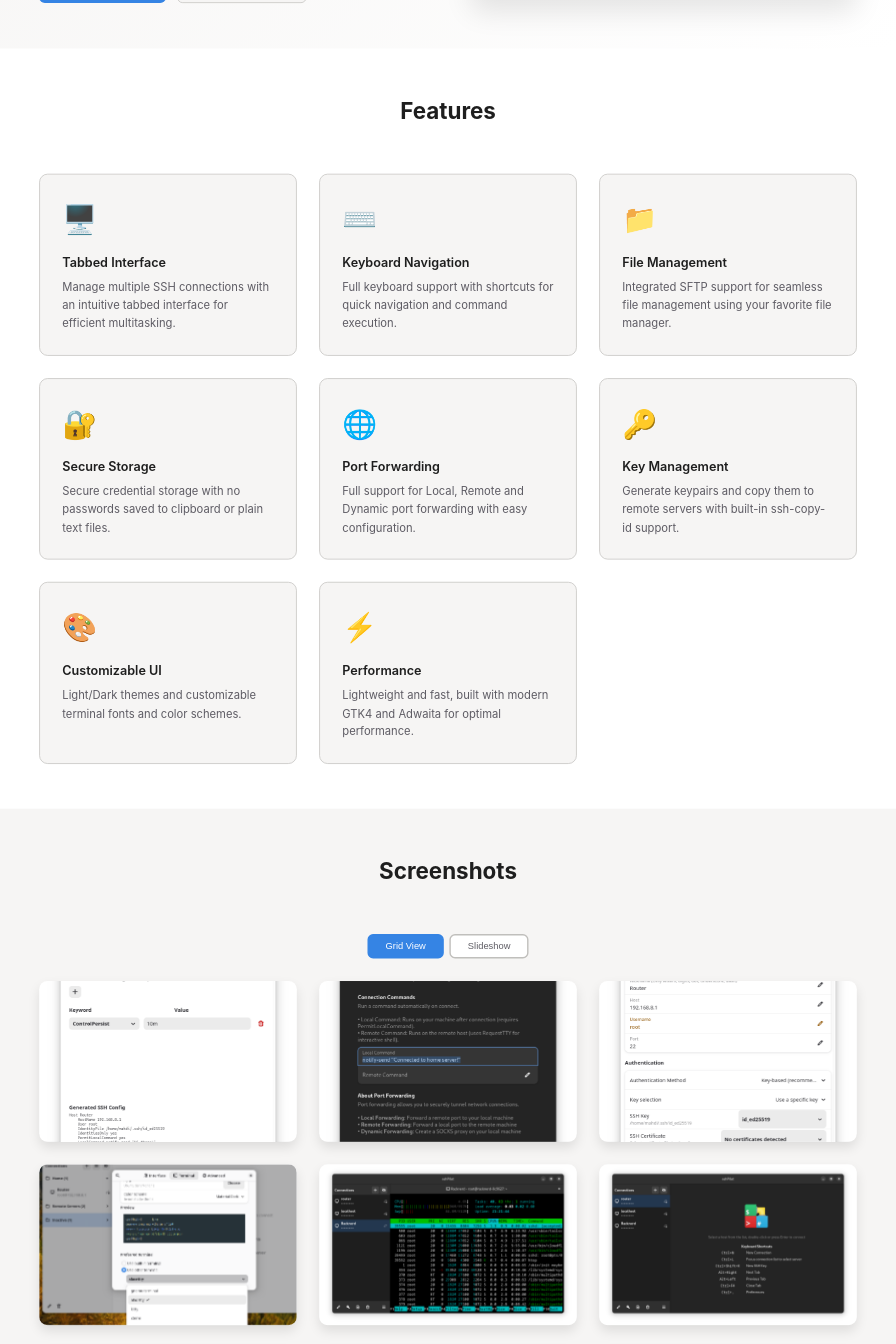
Repository: mfat/sshpilot-website
Page: docs/index.html
These files come from the project's save history. The page is drawn as it stood at one moment and after the next save; the edit follows.
The browser window is 1280 px wide. The pictures show the part of the page from y = 506 to 2426 px (the page is 3588 px tall), at 70% of full size.

Above is the page before, as saved 2025-08-31 02:24:05.

After the next save:
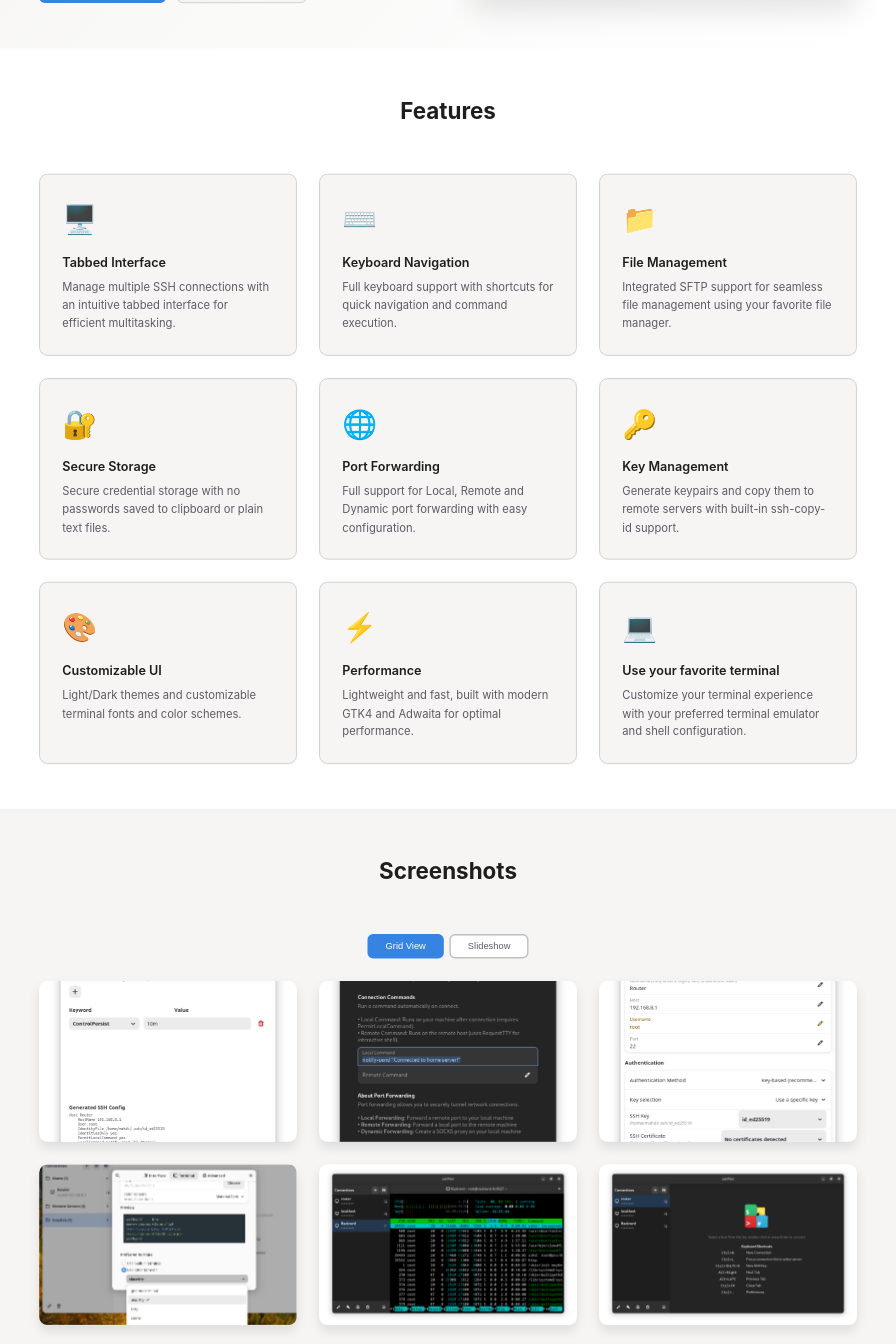
Saved 6 min 8 s later.
--- a/docs/index.html
+++ b/docs/index.html
@@ -95,6 +95,11 @@
                         <h3>Performance</h3>
                         <p>Lightweight and fast, built with modern GTK4 and Adwaita for optimal performance.</p>
                     </div>
+                    <div class="feature-card">
+                        <div class="feature-icon">💻</div>
+                        <h3>Use your favorite terminal</h3>
+                        <p>Customize your terminal experience with your preferred terminal emulator and shell configuration.</p>
+                    </div>
                 </div>
             </div>
         </section>
